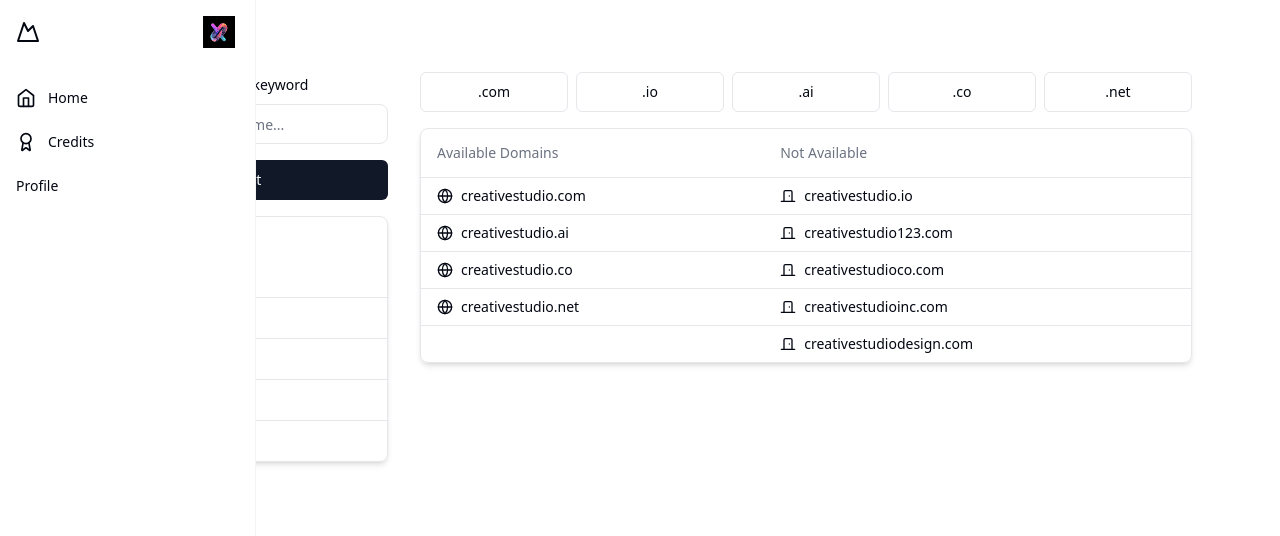
Repository: EliDorf/nyme
Page: /
An editor plug-in stored every save of this project. The page is shown before and after the next save, followed by the edit.
The browser window is 1280 px wide. The pictures show the whole page.
The page's requests for data from a server got no answer. The project was rebuilt for these pictures with package versions that can differ from the ones it lists, and the page was loaded fresh each time. Some packages were replaced by stand-ins written for this rebuild. The framework's server and built-in components were replaced by stand-ins that run in the browser. No one was signed in, and anything a server would have sent is missing. Also part of the build but not shown: next.config.mjs, lib/utils.ts, components/ui/alert-dialog.tsx, components/shared/InsufficientCreditsModal.tsx.

Above is the page before, as saved 2024-07-27 22:59:16.

After the next save:
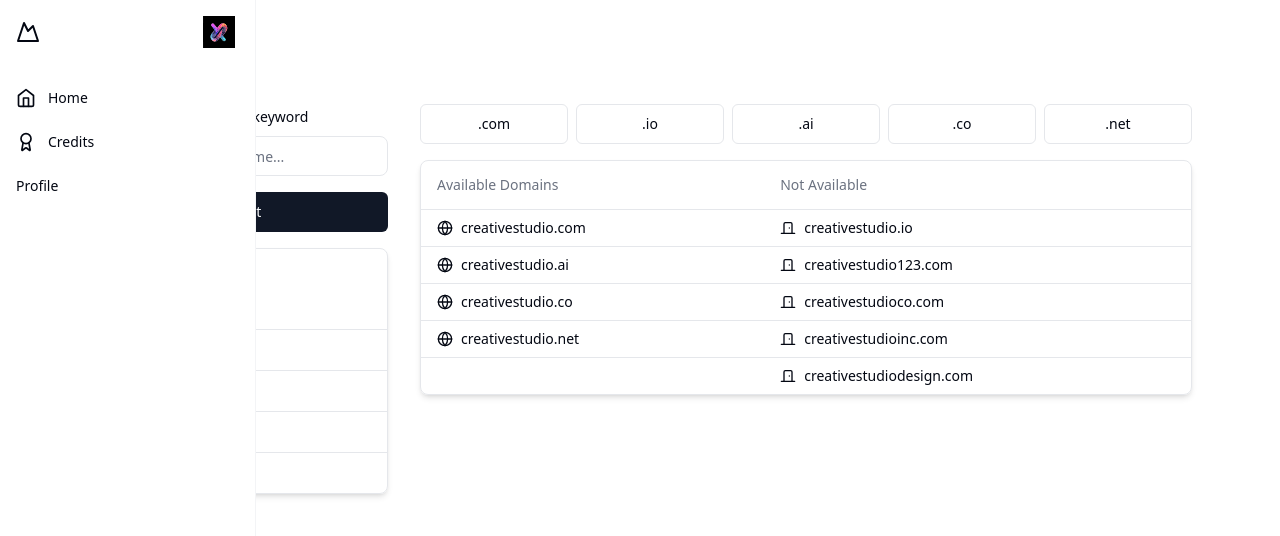
Saved 7 min 19 s later.
--- a/app/(root)/layout.tsx
+++ b/app/(root)/layout.tsx
@@ -4,14 +4,12 @@
 
 const Layout = ({ children }: { children: React.ReactNode }) => {
   return (
-    <main className="root">
+    <main className="flex">
       <NewSidebar />
-        <div className='root-container'>
-            <div className='wrapper'>
-              <Dashboard/>
-            {children}
-            </div>
-        </div>
+      <div className="flex-1 p-8">
+        <Dashboard />
+        {children}
+      </div>
     </main>
   );
 }

After the save that followed:
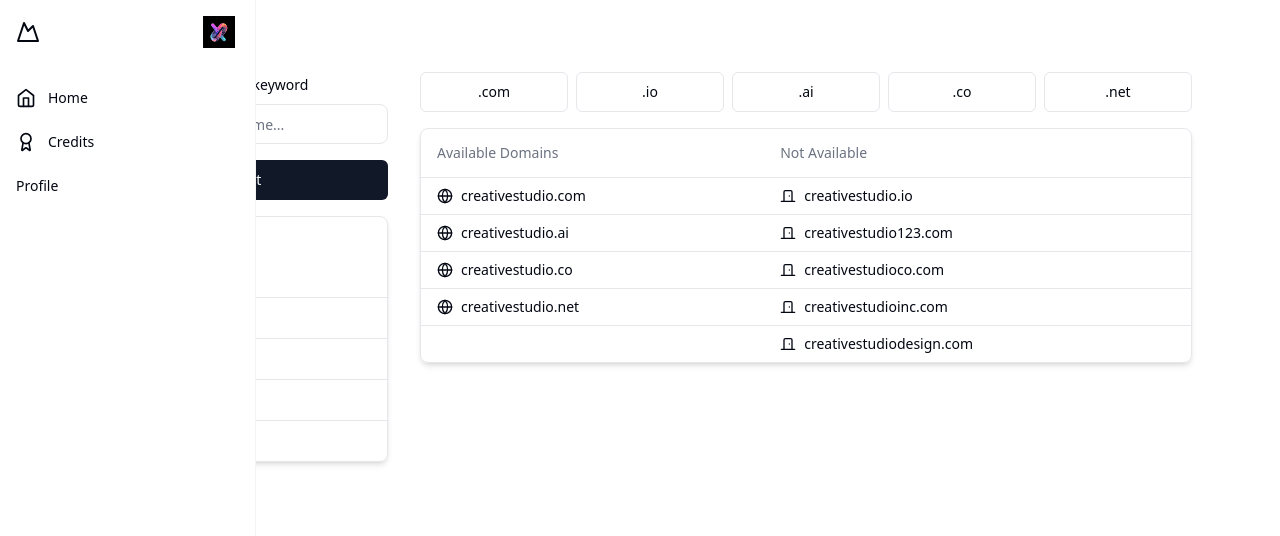
Saved 7 s later.
--- a/app/(root)/layout.tsx
+++ b/app/(root)/layout.tsx
@@ -4,12 +4,14 @@
 
 const Layout = ({ children }: { children: React.ReactNode }) => {
   return (
-    <main className="flex">
+    <main className="root">
       <NewSidebar />
-      <div className="flex-1 p-8">
-        <Dashboard />
-        {children}
-      </div>
+        <div className='root-container'>
+            <div className='wrapper'>
+              <Dashboard/>
+            {children}
+            </div>
+        </div>
     </main>
   );
 }
